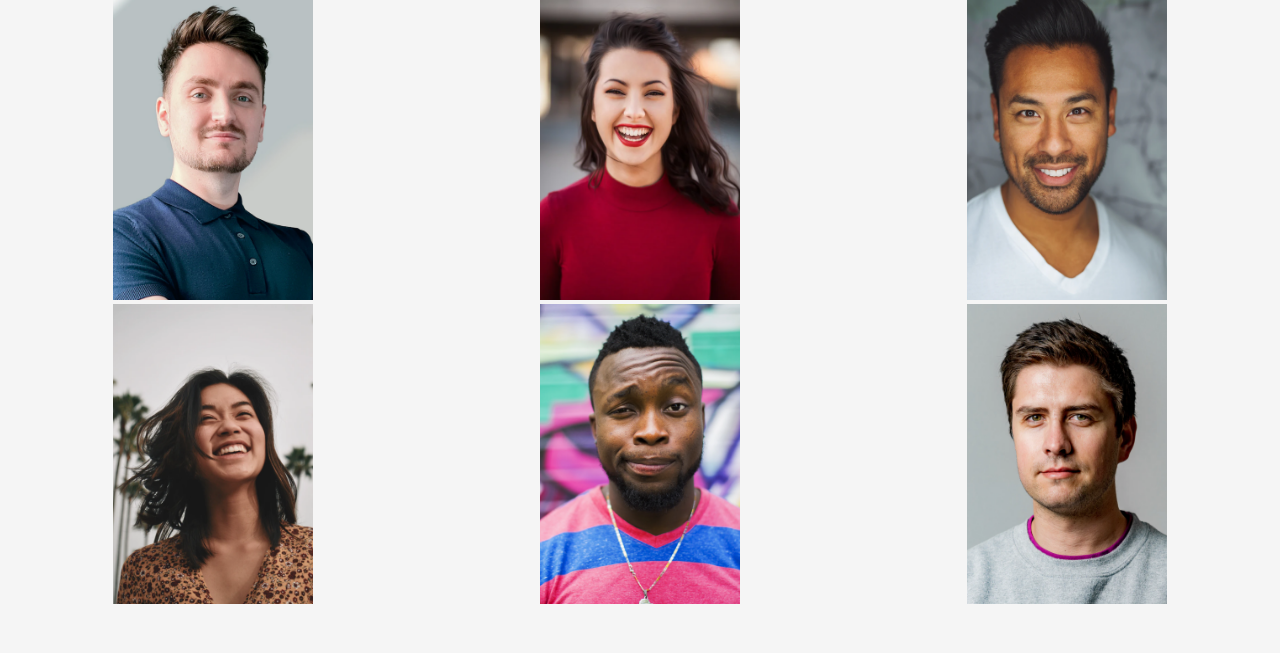
Repository: georgisenze/my-team-page-challeng
Page: index.html
These files come from the project's save history. The page is drawn as it stood at one moment and after the next save; the edit follows.
The browser window is 1280 px wide. The pictures show the whole page.

Above is the page before, as saved 2023-02-22 22:02:19.

After the next save:
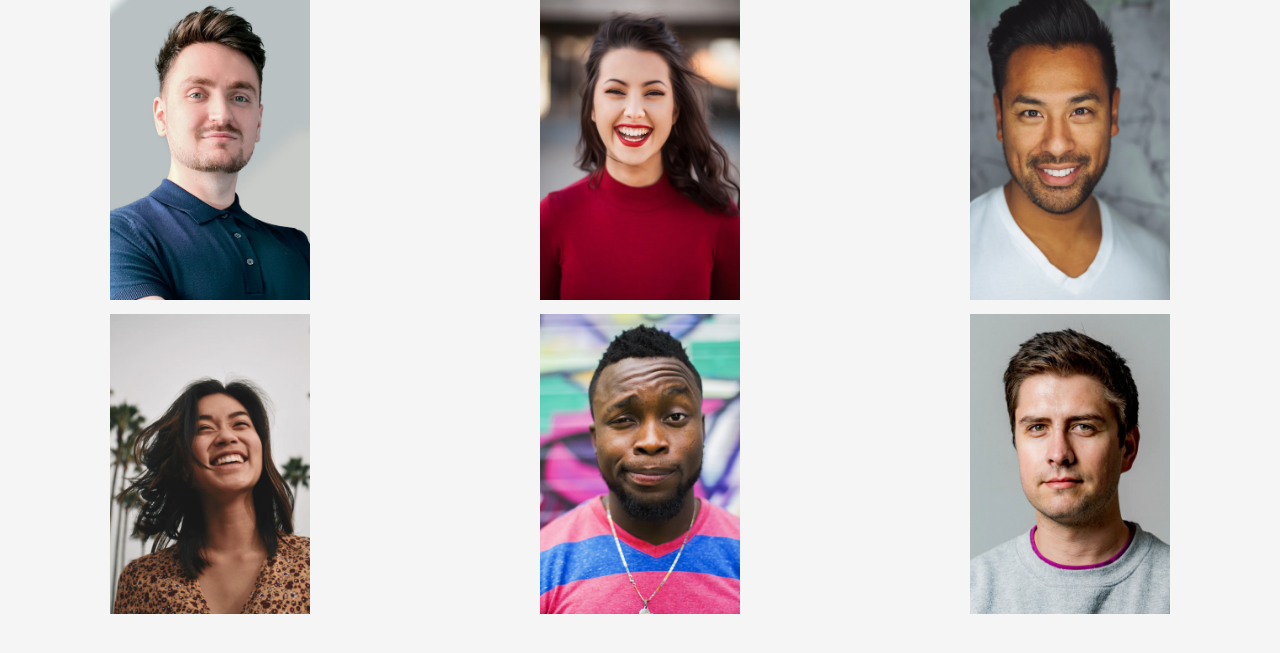
Saved 7 s later.
--- a/assets/css/style.css
+++ b/assets/css/style.css
@@ -14,8 +14,8 @@
      grid-template-columns: 1fr 1fr 1fr;
     grid-template-rows: repeat(2,minmax(100px, auto));
     grid-auto-flow: row;
-    /*gap: 10px;
-    padding: 1em;
+    gap: 10px;
+    /*padding: 1em;
     max-width: 30rem; */
   }
 
